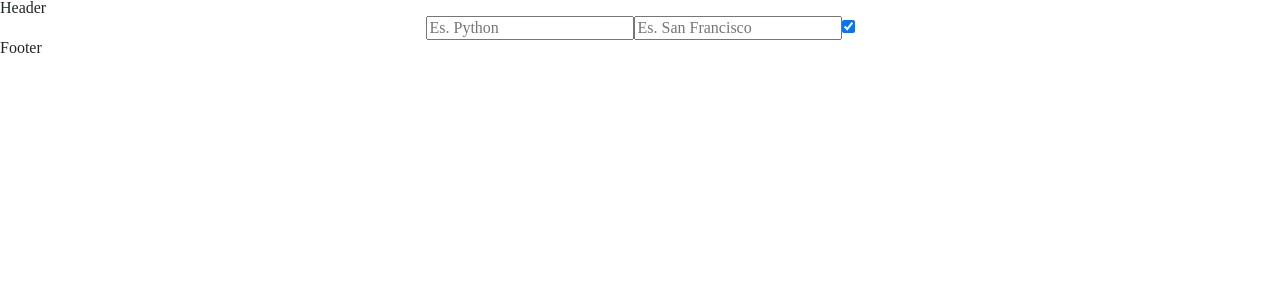
Repository: sokafootball/job-finder
Page: /
An editor plug-in stored every save of this project. The page is shown before and after the next save, followed by the edit.
The browser window is 1280 px wide. The pictures show the whole page.
The page's requests for data from a server got no answer. The project was rebuilt for these pictures with package versions that can differ from the ones it lists, and the page was loaded fresh each time. No one was signed in, and anything a server would have sent is missing. Also part of the build but not shown: src/components/App/App.css, src/components/Footer/Footer.css, src/components/Header/Header.css, src/components/SearchForm/SearchForm.css, src/components/JobCard/JobCard.css, src/components/JobCard/JobCard.js.

Above is the page before, as saved 2020-10-22 14:44:26.

### src/index.js
import 'bootstrap/dist/css/bootstrap.css';
import React from 'react';
import ReactDOM from 'react-dom';
import './index.css';
import App from './components/App/App';
import * as serviceWorker from './serviceWorker';

ReactDOM.render(
  <React.StrictMode>
    <App />
  </React.StrictMode>,
  document.getElementById('root')
);

// If you want your app to work offline and load faster, you can change
// unregister() to register() below. Note this comes with some pitfalls.
// Learn more about service workers: https://bit.ly/CRA-PWA
serviceWorker.unregister();

### src/index.css
body {
  margin: 0;
  font-family: -apple-system, BlinkMacSystemFont, 'Segoe UI', 'Roboto', 'Oxygen',
    'Ubuntu', 'Cantarell', 'Fira Sans', 'Droid Sans', 'Helvetica Neue',
    sans-serif;
  -webkit-font-smoothing: antialiased;
  -moz-osx-font-smoothing: grayscale;
}

code {
  font-family: source-code-pro, Menlo, Monaco, Consolas, 'Courier New',
    monospace;
}

/* http://meyerweb.com/eric/tools/css/reset/
   v2.0 | 20110126
   License: none (public domain)
*/

html, body, div, span, applet, object, iframe,
h1, h2, h3, h4, h5, h6, p, blockquote, pre,
a, abbr, acronym, address, big, cite, code,
del, dfn, em, img, ins, kbd, q, s, samp,
small, strike, strong, sub, sup, tt, var,
b, u, i, center,
dl, dt, dd, ol, ul, li,
fieldset, form, label, legend,
table, caption, tbody, tfoot, thead, tr, th, td,
article, aside, canvas, details, embed,
figure, figcaption, footer, header, hgroup,
menu, nav, output, ruby, section, summary,
time, mark, audio, video {
	margin: 0;
	padding: 0;
	border: 0;
	font-size: 100%;
	font: inherit;
	vertical-align: baseline;
}
/* HTML5 display-role reset for older browsers */
article, aside, details, figcaption, figure,
footer, header, hgroup, menu, nav, section {
	display: block;
}
body {
	line-height: 1;
}
ol, ul {
	list-style: none;
}
blockquote, q {
	quotes: none;
}
blockquote:before, blockquote:after,
q:before, q:after {
	content: '';
	content: none;
}
table {
	border-collapse: collapse;
	border-spacing: 0;
}

### src/components/App/App.js
import React from 'react';
import './App.css';
import Footer from "../Footer/Footer"
import Header from "../Header/Header"
import MainContent from "../MainContent/MainContent"

function App() {
  return (
    <div>
      <Header />
      <MainContent />
      <Footer />
    </div>
  );
}

export default App;

### src/components/Footer/Footer.js
import React from 'react';
import './Footer.css';

function Footer(){
  return (
    <div>
      Footer
    </div>
  )
}

export default Footer

### src/components/Header/Header.js
import React from 'react';
import './Header.css';

function Header(){
  return (
    <div>
      Header
    </div>
  )
}

export default Header

### src/components/MainContent/MainContent.js
import React, {useState, useEffect, useCallback} from 'react';
import _ from 'lodash';
import './MainContent.css';
import SearchForm from "../SearchForm/SearchForm"
import JobCard from "../JobCard/JobCard"

function MainContent(){
  const[jobCards, setJobCards] = useState([])
  const[data, setData] = useState([])
  const[userInput, setUserInput] = useState({
    description: "",
    location: "",
    fullTime: true
  })
  // const[description, setDescription] = useState("")
  // const[location, setLocation] = useState("")
  // const[fullTime, setFullTime] = useState(true)


// when the user types a word in either the description or location input field or changes the full time checkbox
// -change the corresponding value in state
// -get new data
// -change the job cards accordingly

//TODO: a function that gets data from the api and save it in data everytime the value of the SearchForm changes
//TODO: a function that is called whenever the form is changed, it updates the state and the value of the form fields
// handleChange(event) {
//   const {name, value, type, checked} = event.target
//   type === "checkbox" ? this.setState({ [name]: checked }) : this.setState({ [name]: value })
// }

  function handleFormChange(e){
    const {name, value, type, checked} = e.target
    type === "checkbox"
    ? setUserInput({...userInput, [name]: checked})
    : setUserInput({...userInput,[name]: value})
  }

  const buildUrl = () => {
    let url = "https://jobs.github.com/positions.json?"
    url += userInput.description ? `&description=${userInput.description}` : ""
    url += userInput.location ? `&location=${userInput.location}` : ""
    url += userInput.fullTime ? `&full_time=${userInput.fullTime}` : ""
    console.log(`i will query this url: ${url}`)
    return url
    }

  const getData = () => {
    const url = buildUrl()
    fetch(url)
    .then(response => response.json())
    .then(data => setData(data))
  }

  const debouncedGetData = useCallback(_.debounce(getData, 1500,{leading: true}),[])

  useEffect(() => {
    debouncedGetData()
  // eslint-disable-next-line react-hooks/exhaustive-deps
  }, [userInput])

  useEffect(() => {
    console.log(`data: ${data}`)
    let cards = []
    if(data.length !== 0) {
      cards = data.map(job => {
        return <JobCard
          key={job.id}
          date={job.created_at}
          logo={job.company_logo}
          company={job.company}
          location={job.location}
          type={job.type}
          title={job.title}
          url={job.url}
          description={job.description}
        />
     })
    }
    setJobCards(cards)
  // eslint-disable-next-line react-hooks/exhaustive-deps
  }, [data])

    return (
      <div id="main">
        <SearchForm
          handleFormChange={handleFormChange}
          userInput={userInput}
        />
        {jobCards}
      </div>
    )
}

export default MainContent

### src/components/MainContent/MainContent.css
#main{
  align-items: center;
  display: flex;
  flex-direction: column;
  justify-content: space-between;
}

### src/components/SearchForm/SearchForm.js
import React from 'react';
import './SearchForm.css';

function SearchForm(props){
  return (
    <div>
      <form>
        <input
          name="description"
          type="text"
          onChange={e => props.handleFormChange(e)}
          placeholder="Es. Python"
          value={props.userInput.description}
        />
        <input
          name="location"
          type="text"
          onChange={e => props.handleFormChange(e)}
          placeholder="Es. San Francisco"
          value={props.userInput.location}
        />
        <input
          name="fullTime"
          type="checkbox"
          onChange={e => props.handleFormChange(e)}
          checked={props.userInput.fullTime}
        />
      </form>
    </div>
  )
}

export default SearchForm

Loaded but not shown: public/index.html (common file); src/serviceWorker.js (common file)

After the next save:
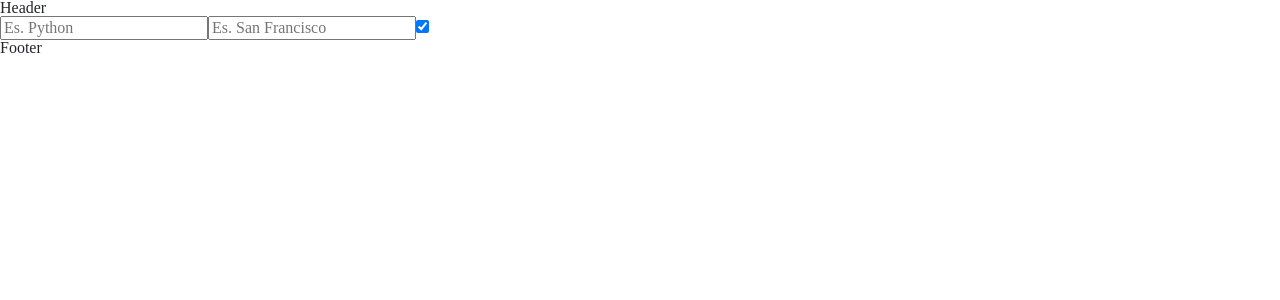
Saved 4 min 31 s later.
--- a/src/components/MainContent/MainContent.js
+++ b/src/components/MainContent/MainContent.js
@@ -82,7 +82,7 @@ function MainContent(){
   }, [data])
 
     return (
-      <div id="main">
+      <div id="">
         <SearchForm
           handleFormChange={handleFormChange}
           userInput={userInput}
